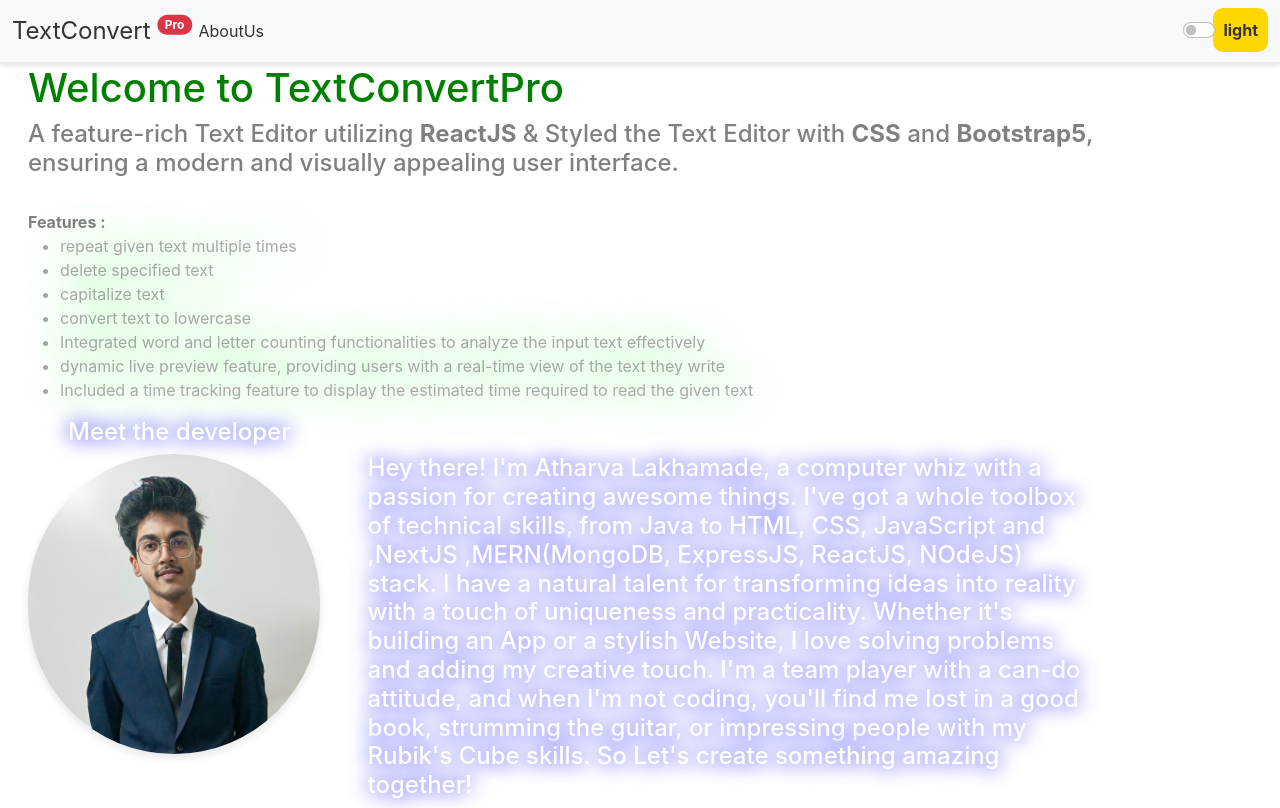
Repository: atha2810/TextConvertPro
Page: /about
The author's editor kept a copy of each file at every save. The page is drawn from the files as they stood at one save, then again after the next save.
The browser window is 1280 px wide. The pictures show the whole page.
The project was rebuilt for these pictures with package versions that can differ from the ones it lists, and the page was loaded fresh each time. Also part of the build but not shown: src/css/TextForm.css, src/TextForm.js.

Above is the page before, as saved 2024-07-25 19:41:49.

After the next save:
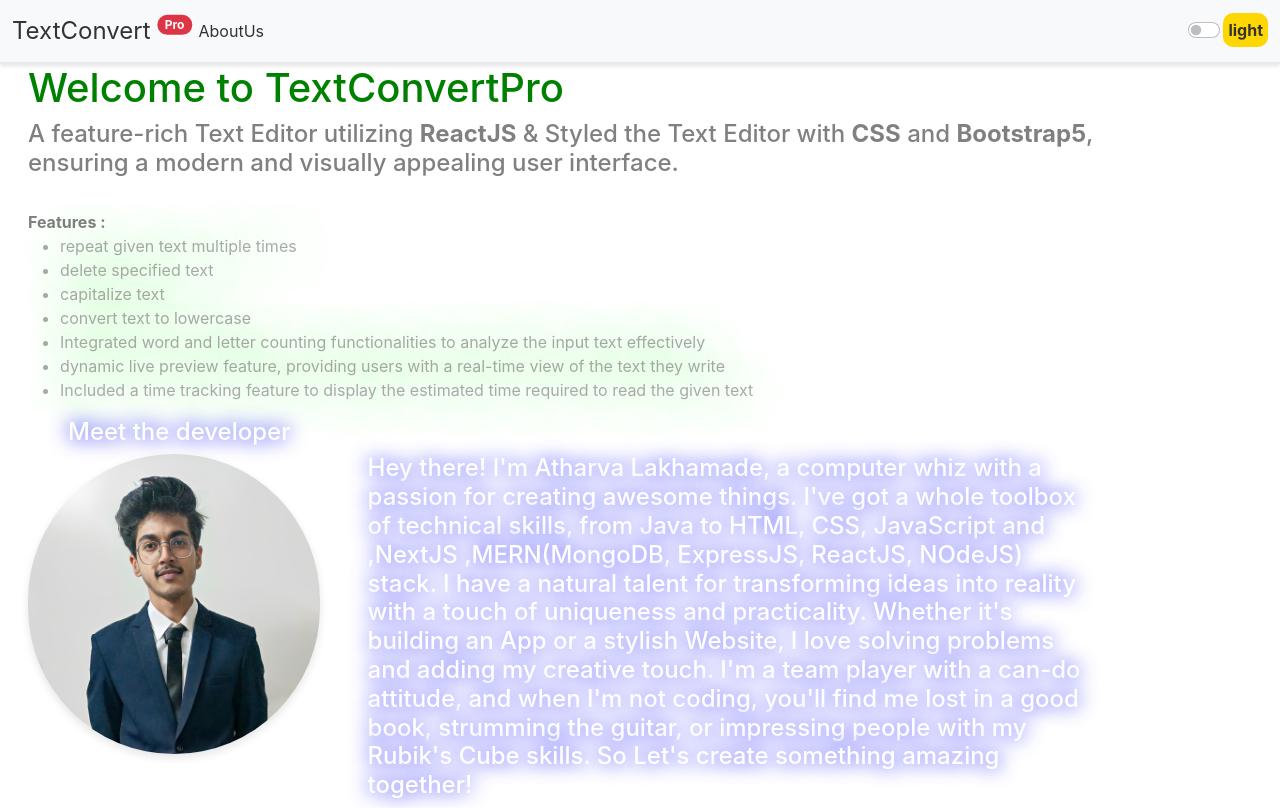
Saved 7 s later.
--- a/src/components/Navbar.js
+++ b/src/components/Navbar.js
@@ -41,7 +41,7 @@ export default function Navbar(props) {
               className={`form-check form-switch text-${
                 props.mode === "light" ? "dark" : "light"
               }`}
-              style={{ backgroundColor: "gold",padding:"10px",borderRadius:"10px" }}
+              style={{ backgroundColor: "gold",padding:"5px",borderRadius:"10px" }}
             >
               <input
                 className="form-check-input"
